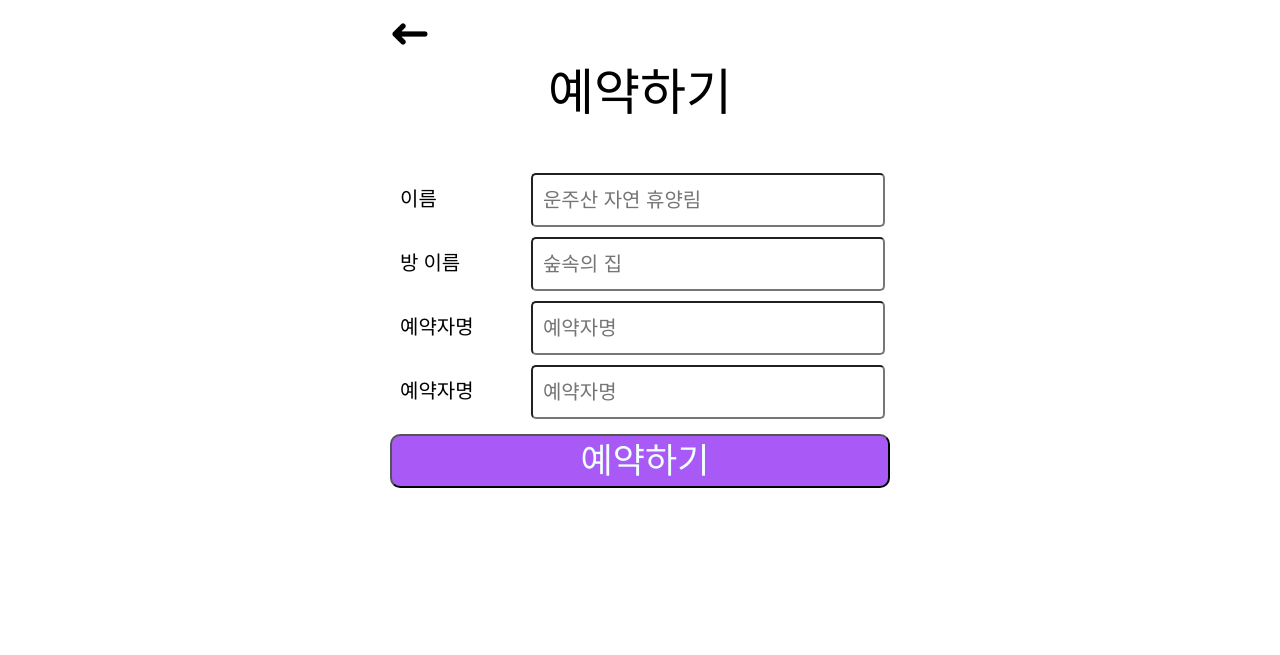
Repository: jaehunjeong4103/WebProject
Page: http://localhost/Web/view/reservation/reservation
The author's editor kept a copy of each file at every save. The page is drawn from the files as they stood at one save, then again after the next save.
The browser window is 1280 px wide. The pictures show the whole page.
Some web fonts or font styles are not loaded; a fallback is used. The page is served by Tomcat 9. Other server files are loaded and not shown.

Above is the page before, as saved 2023-06-06 01:31:36.

### Web/src/main/webapp/WEB-INF/view/reservation/reservation.jsp
<%@ page language="java" contentType="text/html; charset=EUC-KR"
    pageEncoding="EUC-KR"%>
<!DOCTYPE html>
<html>
<head>
	<link rel="preconnect" href="https://fonts.googleapis.com">
	<link rel="preconnect" href="https://fonts.gstatic.com" crossorigin="crossorigin">
	<link href="https://fonts.googleapis.com/css2?family=Gowun+Dodum&family=Song+Myung&display=swap" rel="stylesheet">
	<link href="../../css/register.css?after" type="text/css" rel="stylesheet" />
	<link href="../../css/reservation.css?after" type="text/css" rel="stylesheet" />
	<meta charset="UTF-8">
<title>Insert title here</title>
</head>
<body>
	<header>
		<div id="arrow_body">
			<button onclick="history.back()"><image src="../../images/direction-arrow.png" alt="화살표" id="arrow"/></button>
		<div id="title">예약하기</div>
	</header>
	<div id="reservation_body">
		<form action="reservation" method="post">
			<section>
				<div class="input">
					<span>이름</span>
					<input type="text" placeholder="운주산 자연 휴양림" class="input_text id" name="ID" value="${chkId}" readonly>
				</div>
				<div class="input">
					<span>방 이름</span>
					<input type="text" placeholder="숲속의 집" class="input_text id" name="ID" value="${chkId}" readonly>
				</div>
				<div class="input">
					<span>예약자명</span>
					<input type="text" placeholder="예약자명" class="input_text id" name="ID" value="${chkId}" readonly>
				</div>
				<div class="input">
					<span>예약자명</span>
					<input type="text" placeholder="예약자명" class="input_text id" name="ID" value="${chkId}" readonly>
				</div>
		    <input type="submit" value="예약하기" class="button">
			</section>
		</form>
	</div>
</body>
</html>

### Web/src/main/java/controller/reservation/Reservation_controller.java
package controller.reservation;

import java.io.IOException;

import javax.servlet.ServletException;
import javax.servlet.annotation.WebServlet;
import javax.servlet.http.HttpServlet;
import javax.servlet.http.HttpServletRequest;
import javax.servlet.http.HttpServletResponse;

@WebServlet("/view/reservation/reservation")
public class Reservation_controller extends HttpServlet{
	@Override
	protected void doGet(HttpServletRequest request, HttpServletResponse response) throws ServletException, IOException {
		request.getRequestDispatcher("/WEB-INF/view/reservation/reservation.jsp").forward(request, response);
	}

	@Override
	protected void doPost(HttpServletRequest request, HttpServletResponse response) throws ServletException, IOException {
		request.getRequestDispatcher("/WEB-INF/view/reservation/reservation.jsp").forward(request, response);
	}
}

### Web/src/main/webapp/css/register.css
@charset "UTF-8";
* {padding: 0; margin: 0;}

button {border-width: 0;}

body {
	width: 500px;
	margin: auto;
	position: relative;
}

a#id_check {
	position: absolute;
	top: 191px;
	right: 10px;
}

img#arrow {
	width: 40px;
	height: 40px;
	position: absolute;
	transform: rotate(180deg);
}

div#title {
	font-size: 50px;
	text-align: center;
	line-height: 150px;
}

#section {
	margin-bottom: 20px;
	display: flex;
	flex-direction: row;
	justify-content: space-between;
}

label {
	width: 50%;
	font-size: 30px;
	line-height: 50px;
	text-align: center;
	color: gray;
	margin-left: 10px;
	margin-right: 20px;
}

input#male{
	margin-left: 20px;
}

input#male, input#female {
	position: relative;
	top: -4.5px;
}

.input_text {
	width: 100%;
	font-size: 20px;
	line-height: 50px;
	border-radius: 5px;
	padding-left: 10px;
	box-sizing: border-box;
	margin: 5px;
}

.button {
	width: 100%;
	margin: auto;
	margin-top: 10px;
	background-color: rgb(169, 89, 245);
	border-radius: 10px;
	text-align: center;
	font-size: 35px;
	color: azure;
	line-height: 50px;
	padding-left: 10px;
	box-sizing: border-box;
}

#register_button:disabled input type:submit{
	background-color: gray;
}

button:hover {cursor: pointer;}

.button:hover {cursor: pointer;}
.button:disabled {background-color: gray; color: white;}

a {
	color: black; text-decoration-line: none;
}

### Web/src/main/webapp/css/reservation.css
@charset "UTF-8";

* {margin: 0; padding: 0;}

div#reservation {
	width: 824px;
  margin: auto;
  border: 1px solid yellow;
  margin-top: 10px;
}

div#date_count {
	width: 784px;
	margin: auto;
	display: flex;
	flex-direction: row;
	justify-content: space-between;
	font-size: 20px;
}

div#date {
	width: 600px;
}

div#count {
	width: 200px;
	display: flex;
	flex-direction: row;
	justify-content: space-between;
	margin-bottom: 10px;
}

#room_box {
	width: 784px;
	margin: auto;
	margin-top: 10px;
	margin-bottom: 10px;
	border: 1px solid rgb(128, 0, 255);
	display: flex;
	flex-direction: column;
}

#room_list_head{
	width: 784px;
	height: 40px;
	margin: auto;
	display: flex;
	flex-direction: row;
	flex-wrap: nowrap;
	justify-content: space-between;
}

#room_list{
	width: 784px;
	margin: auto;
	display: flex;
	flex-direction: row;
	flex-wrap: wrap;
	justify-content: space-between;
}

#room_list_head div {
	font-size: 20px;
	text-align: center;
	line-height: 40px;
	border: 1px solid gray;
}

#room_list div {
	padding: 5px;
	font-size: 15px;
	border: 1px solid gray;
}

.room_name {
	width: 120px;
}
.room_max {
	width: 100px;
}
.room_price {
	width: 120px;
}
.room_facilities {
	width: 360px;
}
.room_reservation {
	width: 84px;
}

a.reserbation {
	color: black;
}

#room_list .room_name {
	text-align: center;
}

#room_list .room_max {
	text-align: center;
}

#room_list .room_reservation {
	text-align: center;
}

#reservation_body {
	width: 500px;
	margin: auto;
	position: relative;
}

#reservation_body span {
	width: 180px;
	font-size: 20px;
	padding-left: 10px;
	line-height: 62px;
}

.input {
	display: flex;
	flex-direction: row;
	flex-wrap: nowrap;
	justify-content: space-between;
}

After the next save:
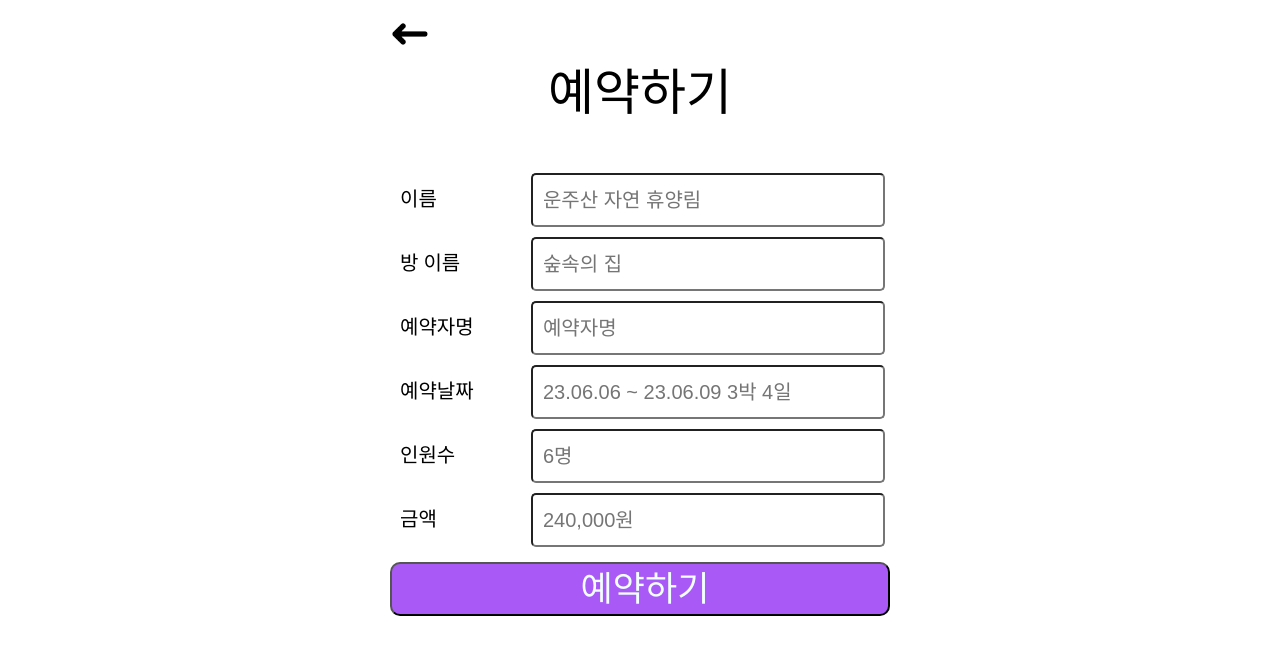
Saved 90 s later.
--- a/Web/src/main/webapp/WEB-INF/view/reservation/reservation.jsp
+++ b/Web/src/main/webapp/WEB-INF/view/reservation/reservation.jsp
@@ -33,8 +33,16 @@
 					<input type="text" placeholder="예약자명" class="input_text id" name="ID" value="${chkId}" readonly>
 				</div>
 				<div class="input">
-					<span>예약자명</span>
-					<input type="text" placeholder="예약자명" class="input_text id" name="ID" value="${chkId}" readonly>
+					<span>예약날짜</span>
+					<input type="text" placeholder="23.06.06 ~ 23.06.09 3박 4일" class="input_text id" name="ID" value="${chkId}" readonly>
+				</div>
+				<div class="input">
+					<span>인원수</span>
+					<input type="text" placeholder="6명" class="input_text id" name="ID" value="${chkId}" readonly>
+				</div>
+				<div class="input">
+					<span>금액</span>
+					<input type="text" placeholder="240,000원" class="input_text id" name="ID" value="${chkId}" readonly>
 				</div>
 		    <input type="submit" value="예약하기" class="button">
 			</section>
